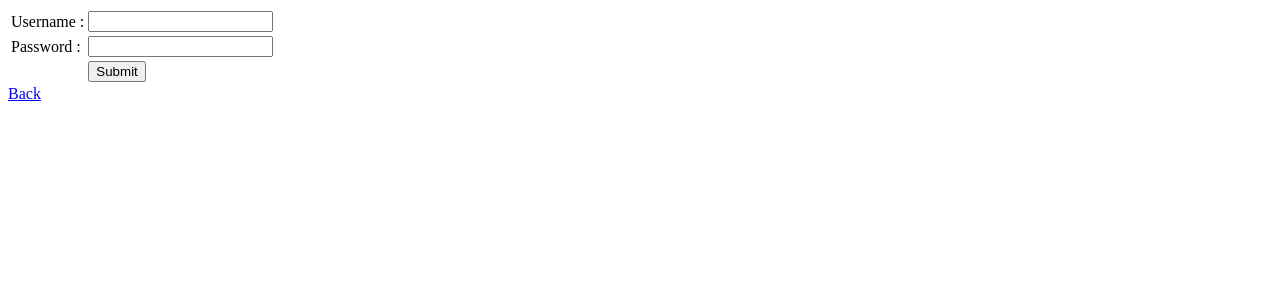
Repository: Pranathi99/FlyAway
Page: http://localhost/FlyAway/changePassword.jsp
The author's editor kept a copy of each file at every save. The page is drawn from the files as they stood at one save, then again after the next save.
The browser window is 1280 px wide. The pictures show the whole page.
The page is served by Tomcat 9.

Above is the page before, as saved 2023-03-26 11:12:35.

After the next save:
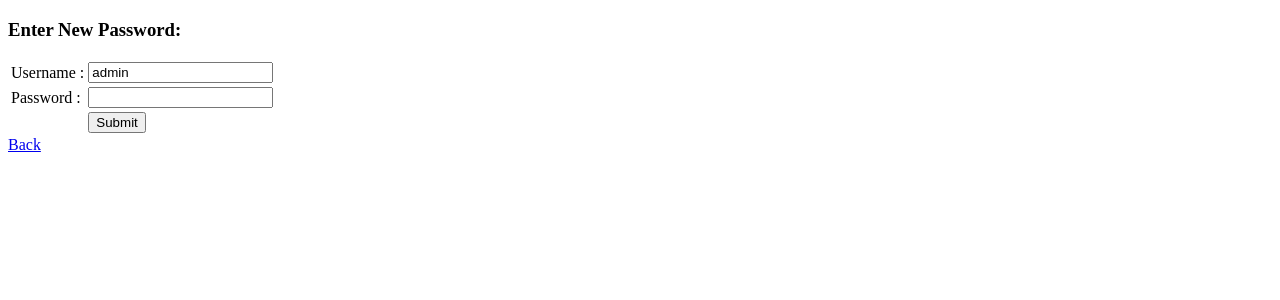
Saved 4 min 47 s later.
--- a/FlyAway/src/main/webapp/changePassword.jsp
+++ b/FlyAway/src/main/webapp/changePassword.jsp
@@ -16,10 +16,11 @@
 		}
 	%>
 	<form method="post">
+		<h3>Enter New Password:</h3>
 		<table>
 			<tr>
 				<td>Username : </td>
-				<td><input type="text" name="username"/></td>
+				<td><input type="text" name="username" value="admin"/></td>
 			</tr>
 			<tr>
 				<td>Password : </td>
